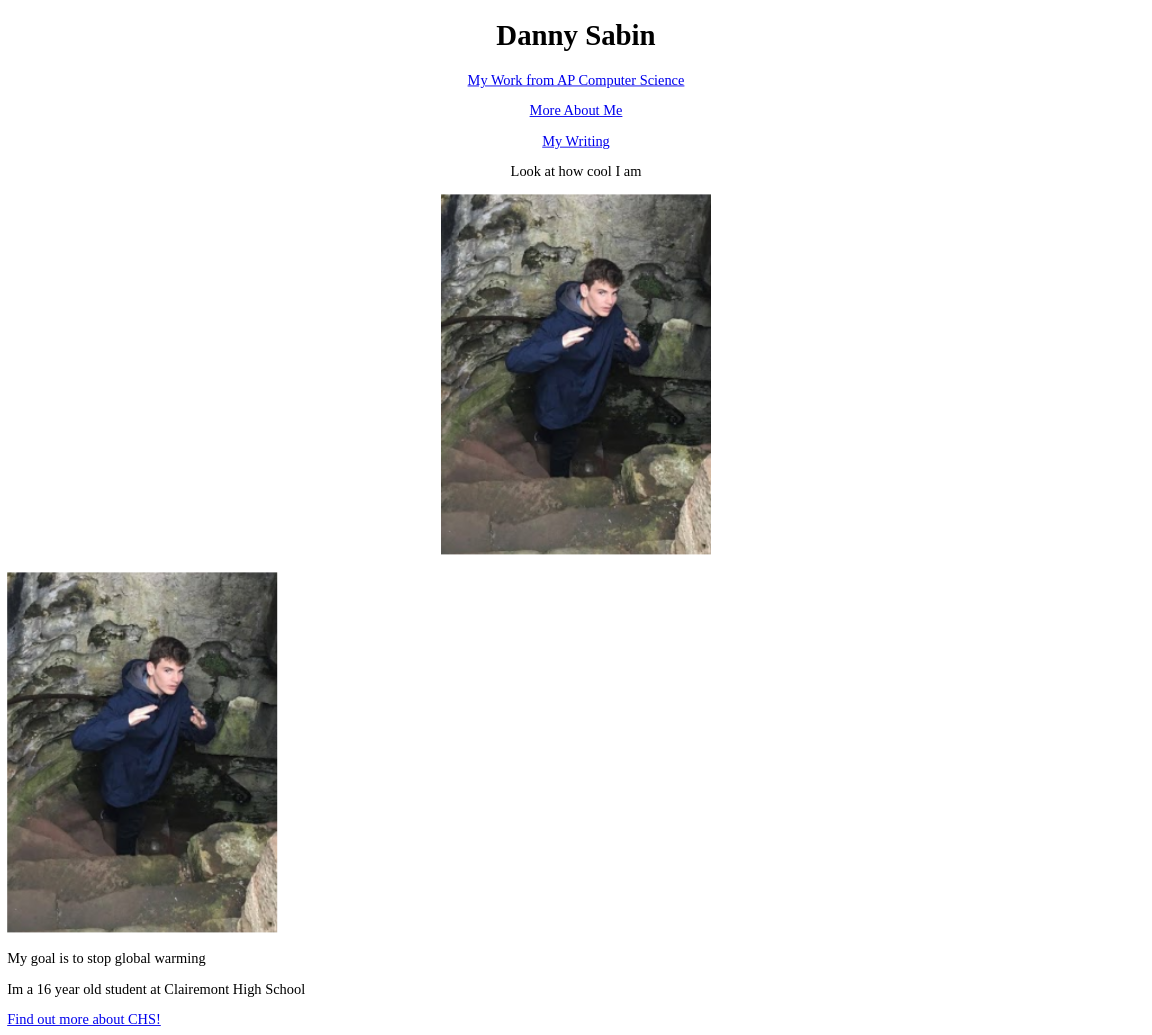
Repository: Danny3212/Danny3212.github.io
Page: index.html
The author's editor kept a record of every edit. The page is drawn from the files as they stood at one moment, then again after the next edit.
The browser window is 1280 px wide. The pictures show the whole page, at 90% of full size.

Above is the page before.

After the next edit:
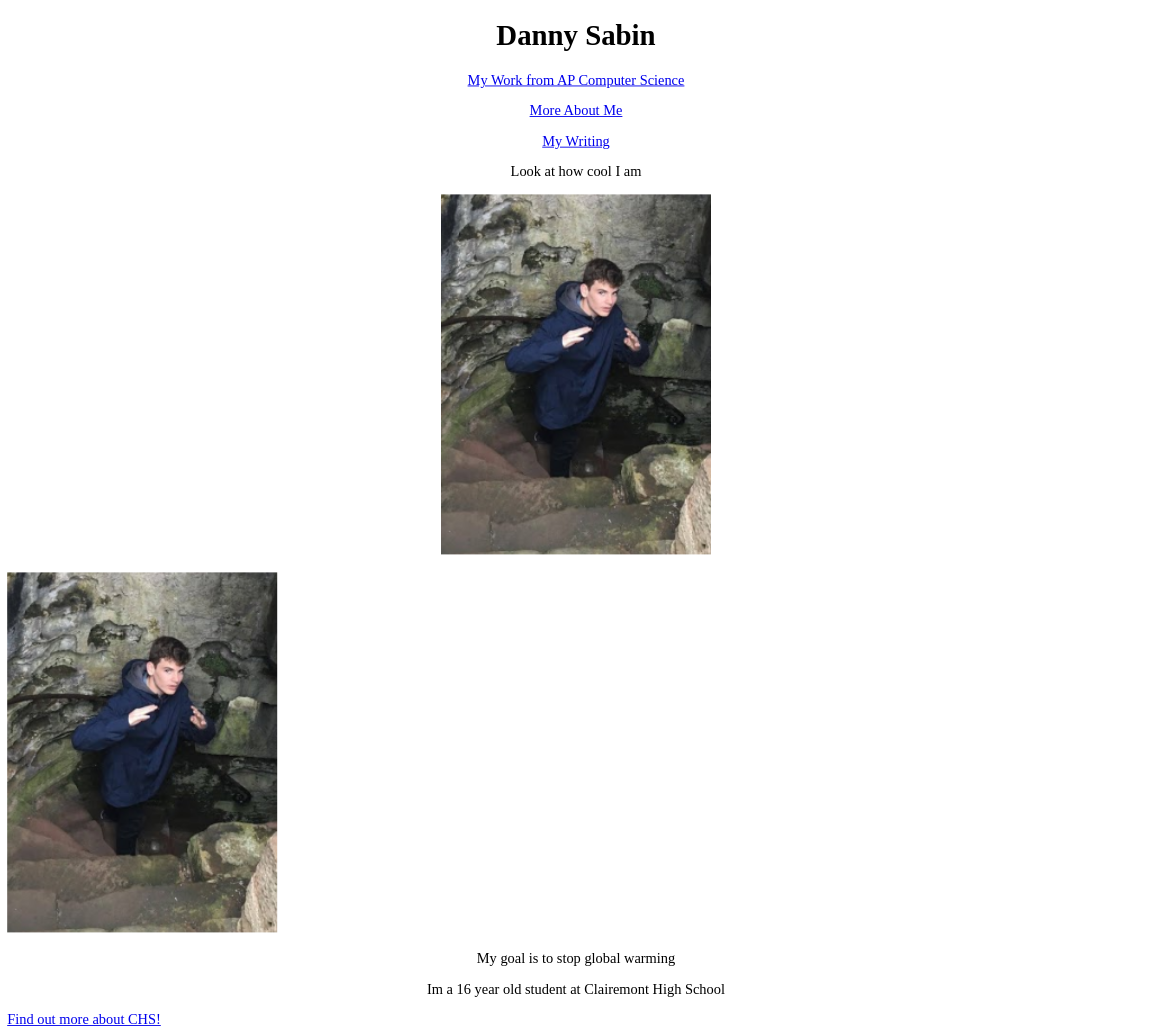
The edit:
--- a/index.html
+++ b/index.html
@@ -10,8 +10,8 @@
 <p style="text-align:center;">Look at how cool I am</p>
 <p style="text-align:center;"><img src="images/Danny background.PNG" alt="Karate Man" width="300" height="400"></p>
 <img src="images/Danny background.PNG" alt="Karate Man" width="300" height="400">
-<p>My goal is to stop global warming</a></p>
-<p>Im a 16 year old student at Clairemont High School</p>
+<p style="text-align:center;">My goal is to stop global warming</p>
+<p style="text-align:center;">Im a 16 year old student at Clairemont High School</p>
 <a href="https://www.sandiegounified.org/schools/clairemont/" target="_blank"> Find out more about CHS!</a>
 
 </body>
